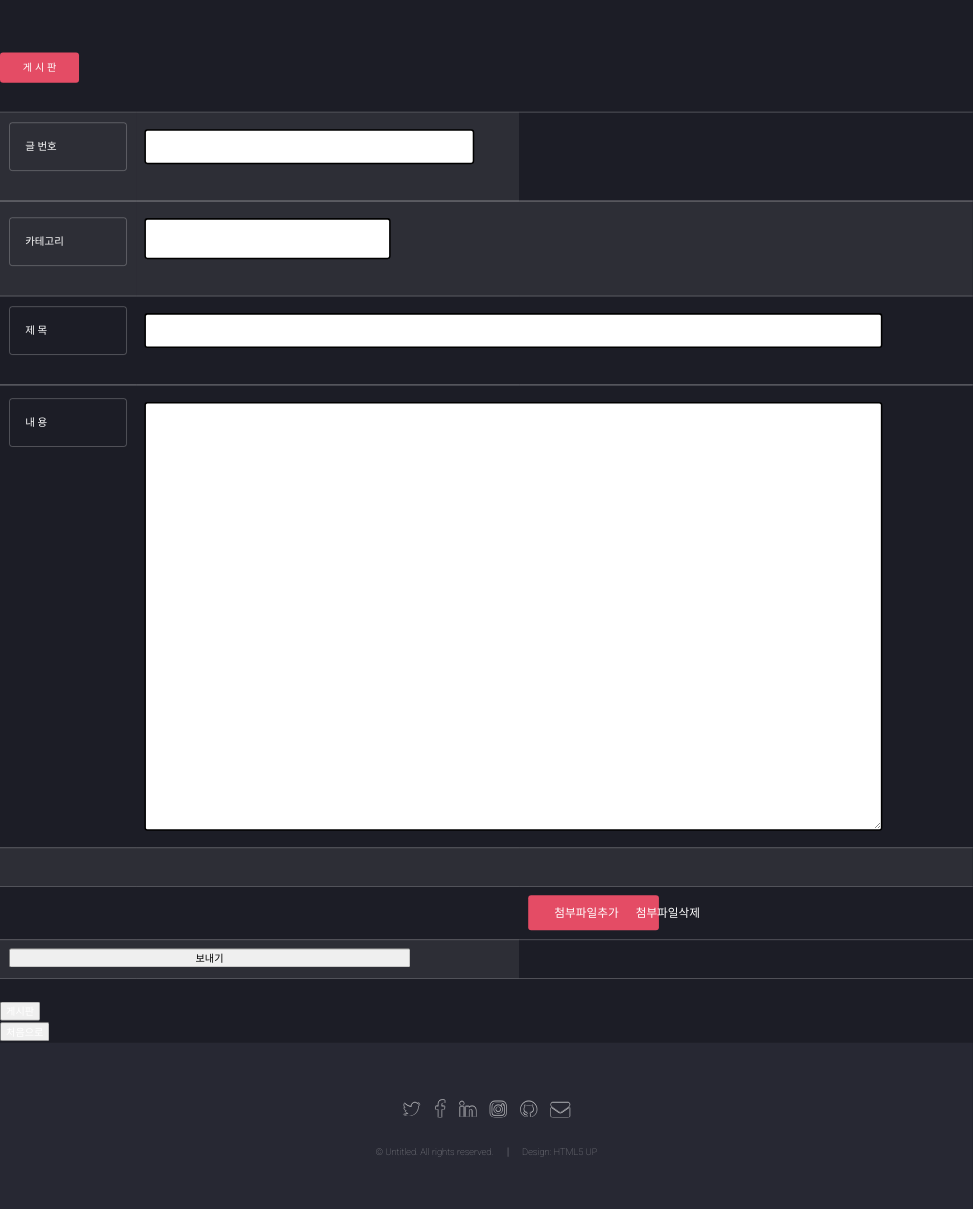
Repository: worMholEamkim/SpringEX
Page: http://localhost/bbs/bbsupdate.do
These files come from the project's save history. The page is drawn as it stood at one moment and after the next save; the edit follows.
The browser window is 1280 px wide. The pictures show the whole page, at 76% of full size.
The page is served by Tomcat 9. Other server files are loaded and not shown. Queries for data that is not in the repository find no rows.

Above is the page before, as saved 2019-03-18 05:03:16.

### JSP_WepPage_Server-master.zip_expanded/JSP_WepPage_Server-master/bbs/WebContent/WEB-INF/bbsupdate.jsp
<%@ page language="java" contentType="text/html; charset=UTF-8"
	pageEncoding="UTF-8"%>
<%@ taglib prefix="c" uri="http://java.sun.com/jsp/jstl/core"%>

<!DOCTYPE html>
<html lang="en">
<head>
<title>게시판 업로드데스</title>
<meta charset="utf-8">
		<meta charset="utf-8" />
		<meta name="viewport" content="width=device-width, initial-scale=1, user-scalable=no" />
		<link rel="stylesheet" href="assets/css/main.css" />
<style>

	box {
		display: inline;
		transition: border-color 0.2s ease-in-out;
	    background: transparent;
	    border-radius: 4px;
	    border: solid 1px rgba(255, 255, 255, 0.3);
	    color: inherit;
	    text-decoration: none;


	}

	a {
		color:white;
		text-decoration:none;
		border-bottom-color:transparent;

	}


</style>

</head>
<body class="is-preload">
	<%
		String sessionID = null;
		if (session.getAttribute("sessionID") != null) {
			sessionID = (String) session.getAttribute("sessionID");
		}
	%>
	<div class="wrapper style1">
			<button class="button primary"><a href="bbs.do">게 시 판</a></button>
		</div>
		<div align="center">
			<form method="post" action="bbsupdate.do">
				<table border=0px>
					<tr>
						<td><h5 class="box">글 번호</h5></td>
						<td colspan="2"><input name="bbsId" type="text" value="${bbsUpdate.bbsId}"  readonly
							style="width: 90%; padding: 12px 20px; margin: 10px 0px; background-color: white; box-sizing: border-box; border: 2px solid black;">
						</td>
					<tr>
					<tr>
						<td><h5 class="box">카테고리</h5></td>
						<td colspan="4">
						<select name="category"
							style="width: 30%; padding: 12px 20px; font-size: 18px; margin: 10px 0px; background-color: white; box-sizing: border-box; border: 2px solid black;">
								<c:if test="${bbsUpdate.bbsCategory == 'math'}">
									<option value="math" selected>수학</option>
								</c:if>
								<c:if test="${bbsUpdate.bbsCategory != 'math'}">
									<option value="math">수학</option>
								</c:if>
								<c:if test="${bbsUpdate.bbsCategory == 'enjoy'}">
									<option value="enjoy" selected>여행</option>
								</c:if>
								<c:if test="${bbsUpdate.bbsCategory != 'enjoy'}">
									<option value="enjoy">여행</option>
								</c:if>
								<c:if test="${bbsUpdate.bbsCategory == 'pic'}">
									<option value="pic" selected>사진</option>
								</c:if>
								<c:if test="${bbsUpdate.bbsCategory != 'pic'}">
									<option value="pic">사진</option>
								</c:if>
								<c:if test="${bbsUpdate.bbsCategory == 'java'}">
									<option value="java" selected>java</option>
								</c:if>
								<c:if test="${bbsUpdate.bbsCategory != 'java'}">
									<option value="java">java</option>
								</c:if>
								<c:if test="${bbsUpdate.bbsCategory == 'web'}">
									<option value="web" selected>웹프로그래밍</option>
								</c:if>
								<c:if test="${bbsUpdate.bbsCategory != 'web'}">
									<option value="web">웹프로그래밍</option>
								</c:if>
								<c:if test="${bbsUpdate.bbsCategory == 'estate'}">
									<option value="estate" selected>부동산</option>
								</c:if>
								<c:if test="${bbsUpdate.bbsCategory != 'estate'}">
									<option value="estate">부동산</option>
								</c:if>
								<c:if test="${bbsUpdate.bbsCategory == 'food'}">
									<option value="food" selected>음식</option>
								</c:if>
								<c:if test="${bbsUpdate.bbsCategory != 'food'}">
									<option value="food">음식</option>
								</c:if>
								<c:if test="${bbsUpdate.bbsCategory == 'common'}">
									<option value="common" selected>상식</option>
								</c:if>
								<c:if test="${bbsUpdate.bbsCategory != 'common'}">
									<option value="common">상식</option>
								</c:if>
						</select>
						</td>

					</tr>
					<tr>
						<td><h5 class="box">제 목</h5></td>
						<td colspan="4"><input name="title" type="text" value="${bbsUpdate.bbsTitle}"
							style="width: 90%; padding: 12px 20px; margin: 10px 0px; background-color: white; box-sizing: border-box; border: 2px solid black;">
						</td>
					<tr>
					<tr>
						<td><h5 class="box">내 용</h5></td>
						<td colspan="4"><textarea name="content" rows="20" cols="80"
								style="width: 90%; padding: 12px 20px; margin: 10px 0px; background-color: white; box-sizing: border-box; border: 2px solid black;">
								${bbsUpdate.bbsContent}</textarea>
						</td>
					</tr>

					<tr>
						<td colspan="5"><br>
						</td>
					<tr>

						<script type="text/javascript">
							var uf = "";
							function file_add(size, ext) {
								var filecountTemp = parseInt(document
										.getElementById("file_cnt").value);
								var parents = document
										.getElementById("file_add_form");
								var br = document.createElement("br");
								br.setAttribute("id", "br" + (filecountTemp + 1));
								parents.appendChild(br);
								if (filecountTemp == 30) {
									alert("파일업로드는 최대 30개까지 가능합니다"); //< --- 이 부분 지우면 무한대로 추가됨.
									return;
								} else {
									var obj = document.createElement("input");
									obj.setAttribute("type", "file");
									obj.setAttribute("size", size);
									obj.setAttribute("name", "bbs_file"
											+ (filecountTemp + 1));
									obj.setAttribute("id", "file"
											+ (filecountTemp + 1));
									parents.appendChild(obj);
								}
								document.getElementById("file_cnt").value = filecountTemp + 1;
							}
							function file_delete() {
								var filecountTemp = parseInt(document
										.getElementById("file_cnt").value);
								var parents = document
										.getElementById("file_add_form");
								var obj = document.getElementById('file'
										+ filecountTemp);
								var br = document.getElementById('br'
										+ filecountTemp);
								parents.removeChild(obj);

								document.getElementById("file_cnt").value = filecountTemp - 1;
							}
						</script>

						<td colspan="3"></td>

						<td colspan="2">
						<div class="button primary" style="width: 30%;">
						<input type="hidden" id="file_cnt"
							name="file_cnt" value="1" style="">
							<a href="javascript:file_add(50, 'class=input_write');"><b>첨부파일추가</b></a>&nbsp;&nbsp;&nbsp;&nbsp;&nbsp;
							<a href="javascript:file_delete();"><b>첨부파일삭제</b></a>
						</div>
						</td>
					</tr>

						<td colspan="2"><button type="submit"
								class="w3-button w3-block w3-button w3-black"
								style="width: 80%;">보내기</button>
						</td>
					</tr>
				</table>
			</form>
		</div>

		<div class="w3-panel">
			<button class="w3-button w3-block w3-button w3-indigo">
				<a href='bbs.do'>게시판</a>
			</button>
		</div>

		<div class="w3-panel">
			<button class="w3-button w3-block w3-button w3-black">
				<a href='home.do'>처음으로</a>
			</button>
		</div>
	</div>
</body>
<footer id="footer">
					<ul class="icons">
						<li><a href="#" class="icon alt fa-twitter"><span class="label">Twitter</span></a></li>
						<li><a href="#" class="icon alt fa-facebook"><span class="label">Facebook</span></a></li>
						<li><a href="#" class="icon alt fa-linkedin"><span class="label">LinkedIn</span></a></li>
						<li><a href="#" class="icon alt fa-instagram"><span class="label">Instagram</span></a></li>
						<li><a href="#" class="icon alt fa-github"><span class="label">GitHub</span></a></li>
						<li><a href="#" class="icon alt fa-envelope"><span class="label">Email</span></a></li>
					</ul>
					<ul class="copyright">
						<li>&copy; Untitled. All rights reserved.</li><li>Design: <a href="http://html5up.net">HTML5 UP</a></li>
					</ul>
				</footer>
</html>

### JSP_WepPage_Server-master.zip_expanded/JSP_WepPage_Server-master/bbs/src/com/jsp/controller/BbsUpdateController.java
package com.jsp.controller;

import java.io.IOException;

import javax.servlet.RequestDispatcher;
import javax.servlet.ServletException;
import javax.servlet.http.HttpServlet;
import javax.servlet.http.HttpServletRequest;
import javax.servlet.http.HttpServletResponse;
import javax.servlet.http.HttpSession;

import com.jsp.dao.BbsDao;
import com.jsp.dao.TransactionDao;
import com.jsp.dto.BbsDto;
import com.oreilly.servlet.MultipartRequest;
import com.oreilly.servlet.multipart.DefaultFileRenamePolicy;

public class BbsUpdateController extends HttpServlet {
	@Override
	protected void doGet(HttpServletRequest req, HttpServletResponse resp) throws ServletException, IOException {
		String bbsID = req.getParameter("id");
		BbsDao bbsDao = BbsDao.getInstance();
		BbsDto bbsDto = bbsDao.selectById(bbsID);

		req.setAttribute("bbsUpdate", bbsDto);

		RequestDispatcher rd = req.getRequestDispatcher("/WEB-INF/bbsupdate.jsp");
		rd.forward(req, resp);
	}
	@Override
	protected void doPost(HttpServletRequest req, HttpServletResponse resp) throws ServletException, IOException {

		HttpSession session = req.getSession();
		String sessionID = null;
		if (session.getAttribute("sessionID") != null) {
			sessionID = (String) session.getAttribute("sessionID");
		}

		req.setCharacterEncoding("UTF-8");
		resp.setContentType("text/html;charset=UTF-8");

		String category = req.getParameter("category");
		String title = req.getParameter("title");
		String content = req.getParameter("content");
		String bbsId = req.getParameter("bbsId");


		BbsDto bbsDto = new BbsDto();
		bbsDto.setBbsTitle(title);
		bbsDto.setBbsCategory(category);
		bbsDto.setBbsContent(content);
		bbsDto.setBbsId(bbsId);



		TransactionDao tDao = TransactionDao.getInstance();
		System.out.println("업데이트올 작동?");
		int resultTrans = tDao.updateAll(bbsDto);
		//왜애 ㅠㅠㅠ어리머람ㅇㄴ리ㅏㅓㄴㅁ아ㅣ렁ㄴㅁ
		System.out.println(bbsDto.toString());
		req.setAttribute("resultTrans", resultTrans);

		RequestDispatcher rd = req.getRequestDispatcher("bbs.do");

		rd.forward(req, resp);

	}


}

### JSP_WepPage_Server-master.zip_expanded/JSP_WepPage_Server-master/bbs/src/com/jsp/dao/BbsDao.java
package com.jsp.dao;

import java.sql.Connection;
import java.sql.DriverManager;
import java.sql.PreparedStatement;
import java.sql.ResultSet;
import java.sql.SQLException;
import java.util.ArrayList;
import java.util.List;

import com.jsp.dto.BbsDto;

public class BbsDao {

	private static BbsDao bbsDao;
	private Connection conn;
	private PreparedStatement pstmt;
	private int result;
	private ResultSet rs;
	private List<BbsDto> bbsList;


	private BbsDao() {
	}



	public static synchronized BbsDao getInstance() {
		if(bbsDao == null) {
			bbsDao = new BbsDao();
	}
		return bbsDao;
	}
	public Connection getConnect() {
		String url = "jdbc:oracle:thin:@localhost:1521:xe";
		String id = "BIG";
		String pw ="1234";
		try {
			Class.forName("core.log.jdbc.driver.OracleDriver");
			conn = DriverManager.getConnection(url, id, pw);

		} catch(ClassNotFoundException e) {
			e.printStackTrace();
		} catch(SQLException e) {
			e.printStackTrace();
		}
		return conn;
	}

	public BbsDto selectById(String id) {

		// id 확인
		//System.out.println("dao에서 id = " + id);
		BbsDto bbsDto = new BbsDto();
		//System.out.println("왜");
		conn = this.getConnect();
		//System.out.println("에러가난거야 쉬뱌ㅠㅠ");

		StringBuffer query = new StringBuffer();
		query.append("SELECT *");
		query.append(" FROM BBS");
		query.append(" WHERE BBSID=? ");

		try {
			//System.out.println("양심적으로 try문은 들어가야지?");
			pstmt = conn.prepareStatement(query.toString());
			pstmt.setString(1, id);

			//System.out.println("설마 여긴가?");
			rs = pstmt.executeQuery();
			// rs 확인
			//System.out.println("dao에서 " + rs);
			while (rs.next()) {

				bbsDto.setId(rs.getString("ID"));
				bbsDto.setBbsId(rs.getString("BBSID"));
				bbsDto.setBbsTitle(rs.getString("BBSTITLE"));
				bbsDto.setBbsDate(rs.getString("BBSDATE"));
				bbsDto.setBbsCategory(rs.getString("BBSCATEGORY"));
				bbsDto.setBbsContent(rs.getString("BBSCONTENT"));
				bbsDto.setBbsHit(rs.getString("BBSHIT"));
				//System.out.println(bbsDto.toString());
			}
		} catch (SQLException e) {

		} finally {
			this.close(conn, pstmt, null);
		}
		return bbsDto;
	}


	public BbsDto selectBeforeById(String id) {

		BbsDto bbsDto = new BbsDto();
		conn = this.getConnect();
		StringBuffer query = new StringBuffer();

		query.append("SELECT * FROM BBS WHERE BBSID IN ");
		query.append(" ((SELECT MAX(BBSID) FROM BBS ");
		query.append(" WHERE BBSID < ? ))");
		try {
			pstmt = conn.prepareStatement(query.toString());
			pstmt.setString(1, id);
			rs = pstmt.executeQuery();

			while(rs.next()) {
				bbsDto.setId(rs.getString("ID"));
				bbsDto.setBbsId(rs.getString("BBSID"));
				bbsDto.setBbsTitle(rs.getString("BBSTITLE"));
				bbsDto.setBbsDate(rs.getString("BBSDATE"));
				bbsDto.setBbsCategory(rs.getString("BBSCATEGORY"));
				bbsDto.setBbsContent(rs.getString("BBSCONTENT"));
				bbsDto.setBbsHit(rs.getString("BBSHIT"));
			}
		} catch (SQLException e) {

		} finally {
			this.close(conn, pstmt, null);
		}
		return bbsDto;
	}


	public BbsDto selectAfterById(String id) {

		BbsDto	bbsDto = new BbsDto();
		conn = this.getConnect();
		StringBuffer query = new StringBuffer();

		query.append("SELECT * FROM BBS WHERE BBSID IN ");
		query.append(" ((SELECT MIN(BBSID) FROM BBS ");
		query.append(" WHERE BBSID > ? )) ");
		try {
			pstmt = conn.prepareStatement(query.toString());
			pstmt.setString(1, id);
			rs = pstmt.executeQuery();

			while(rs.next()) {
				bbsDto.setId(rs.getString("ID"));
				bbsDto.setBbsId(rs.getString("BBSID"));
				bbsDto.setBbsTitle(rs.getString("BBSTITLE"));
				bbsDto.setBbsDate(rs.getString("BBSDATE"));
				bbsDto.setBbsCategory(rs.getString("BBSCATEGORY"));
				bbsDto.setBbsContent(rs.getString("BBSCONTENT"));
				bbsDto.setBbsHit(rs.getString("BBSHIT"));
			}
		} catch (SQLException e) {

		} finally {
			this.close(conn, pstmt, null);
		}
		return bbsDto;
	}


	public int hitUpdate(String id) {

		conn = this.getConnect();
		StringBuffer query = new StringBuffer();
		query.append("UPDATE BBS SET BBSHIT = BBSHIT +1 WHERE BBSID=?");
			try {
				pstmt = conn.prepareStatement(query.toString());
				pstmt.setString(1, id);
				result = pstmt.executeUpdate();
			} catch(SQLException e1) {
	}
			finally {
				this.close(conn, pstmt, null);
			}
			return result;
	}

	public int hitUpdate(Connection conn, String id) {

			conn = this.getConnect();
			StringBuffer query = new StringBuffer();
			query.append("UPDATE BBS SET BBSHIT = BBSHIT +1 WHERE BBSID=?");
				try {
					pstmt = conn.prepareStatement(query.toString());
					pstmt.setString(1, id);
					result = pstmt.executeUpdate();
				} catch(SQLException e1) {
		}
				finally {
					this.close(conn, pstmt, null);
				}
				return result;
		}



	public int update(BbsDto bbsDto) {

		conn = this.getConnect();
		StringBuffer query = new StringBuffer();
		query.append("UPDATE BBS SET ");
		query.append(" BBTITLE=?, BBSCATEGORY=?, BBSCONTENT=?");
		query.append(" WHERE BBSID=?");
			try {
				pstmt = conn.prepareStatement(query.toString());
				pstmt.setString(1, bbsDto.getBbsTitle());
				pstmt.setString(2, bbsDto.getBbsCategory());
				pstmt.setString(3, bbsDto.getBbsContent());
				pstmt.setString(4, bbsDto.getBbsId());

				result = pstmt.executeUpdate();
			} catch (SQLException e1) {

			} finally {
				this.close(conn, pstmt, null);
			}
			return result;
	}


	public int insert(BbsDto bbsDto) {

		conn = this.getConnect();
		StringBuffer query = new StringBuffer();
		query.append("INSERT INTO BBS(BBSID, ID, BBSTITLE, BBSDATE, BBSCATEGORY, BBSCONTENT, BBSHIT)");
		query.append(" VALUES (bbs_seq.nextval ,? ,? ,sysdate,? ,? ,0 )");

		try {
			pstmt = conn.prepareStatement(query.toString());
			pstmt.setString(1, bbsDto.getId());
			pstmt.setString(2, bbsDto.getBbsTitle());
			pstmt.setString(3, bbsDto.getBbsCategory());
			pstmt.setString(4, bbsDto.getBbsContent());

			result = pstmt.executeUpdate();

		} catch (SQLException e) {
			e.printStackTrace();
		} finally {
			this.close(conn, pstmt, null);
		}
		return result;
	}


	public int insertOracle(BbsDto bbsDto) {

		conn = this.getConnect();
		StringBuffer query = new StringBuffer();
		query.append("INSERT INTO BBS(BBSID, ID, BBSTITLE, BBSDATE, BBSCATEGORY, BBSCONTENT, BBSHIT)");
		query.append(" VALUES(BBS_SEQ.BEXTVAL, ? ,? ,NOW(), ?, ?, 0 )");

		try {
			pstmt = conn.prepareStatement(query.toString());
			pstmt.setString(1,  bbsDto.getId());
			pstmt.setString(2,  bbsDto.getBbsTitle());
			pstmt.setString(3,  bbsDto.getBbsCategory());
			pstmt.setString(4,  bbsDto.getBbsContent());

			result = pstmt.executeUpdate();
		} catch (SQLException e) {
			e.printStackTrace();
		} finally {
			this.close(conn, pstmt, null);
		}
		return result;
	}


	public List<BbsDto> selectAll(int startNum, int perpage) {
		bbsList = new ArrayList<>();
		conn = this.getConnect();
		StringBuffer query = new StringBuffer();
		query.append("SELECT T2.*");
		query.append("	FROM (SELECT ROWNUM R2, T.*");
		query.append("	FROM (SELECT BBSID, ID, substr(BBSTITLE, 1, 10) BBSTITLE, BBSDATE,");
		query.append("BBSCATEGORY, substr(BBSCONTENT, 1, 15) BBSCONTENT, BBSHIT ");
		query.append(" FROM BBS ORDER BY BBSID DESC ) T) T2 ");
		query.append("WHERE T2.R2 BETWEEN ? AND ?");

		try {
			pstmt = conn.prepareStatement(query.toString());
			pstmt.setInt(1, startNum - 1);
			pstmt.setInt(2, perpage);


			rs = pstmt.executeQuery();
			while (rs.next()) {
				BbsDto bbsDto = new BbsDto();

				bbsDto.setId(rs.getString("ID"));
				bbsDto.setBbsId(rs.getString("BBSID"));
				bbsDto.setBbsTitle(rs.getString("BBSTITLE"));
				bbsDto.setBbsDate(rs.getString("BBSDATE"));
				bbsDto.setBbsCategory(rs.getString("BBSCATEGORY"));
				bbsDto.setBbsContent(rs.getString("BBSCONTENT"));
				bbsDto.setBbsHit(rs.getString("BBSHIT"));

				bbsList.add(bbsDto);
			}
			} catch(SQLException e) {
				e.printStackTrace();
		}	return bbsList;
}


	public int delete(int id) {

		conn = this.getConnect();
		StringBuffer query = new StringBuffer();

		try {

			query.append("DELETE FROM BBS");
			query.append(" WHERE BBSID = ?");
			pstmt = conn.prepareStatement(query.toString());
			pstmt.setInt(1,  id);
			int result = pstmt.executeUpdate();

			return result;
		} catch (SQLException e) {
			e.printStackTrace();
		} finally {
			this.close(conn, pstmt, null);
		}
		return -1;
	}



	public int getTotalCount() {

		conn = this.getConnect();
		StringBuffer query = new StringBuffer();
		query.append("SELECT count(*)");
		query.append(" FROM BBS");

		try {
			pstmt = conn.prepareStatement(query.toString());
			rs = pstmt.executeQuery();

			if(rs.next()) {
				return rs.getInt("count(*)");
			}
		} catch (SQLException e) {
			e.printStackTrace();
		} finally {
			this.close(conn, pstmt, rs);
		}
		return -1;
	}


	public void close(Connection conn, PreparedStatement stmt, ResultSet rs) {
		if (rs != null) {
			try {
				rs.close();
			} catch (SQLException e) {
			}
		}
		if (stmt != null) {
			try {
				stmt.close();
			} catch (SQLException e) {
			}
		}
		if (conn != null) {
			try {
				conn.close();
			} catch (SQLException e) {
			}
		}
	}

	public static void main(String[] args) {
		BbsDao mDao = BbsDao.getInstance();
	}


}

### JSP_WepPage_Server-master.zip_expanded/JSP_WepPage_Server-master/bbs/src/com/jsp/dto/BbsDto.java
package com.jsp.dto;

public class BbsDto {

	private String id;
	private String bbsId;
	private String bbsTitle;
	private String bbsDate;
	private String bbsCategory;
	private String bbsContent;
	private String bbsHit;

	public String getId() {
		return id;
	}
	public void setId(String id) {
		this.id = id;
	}
	public String getBbsId() {
		return bbsId;
	}
	public void setBbsId(String bbsId) {
		this.bbsId = bbsId;
	}
	public String getBbsTitle() {
		return bbsTitle;
	}
	public void setBbsTitle(String bbsTitle) {
		this.bbsTitle = bbsTitle;
	}
	public String getBbsDate() {
		return bbsDate;
	}
	public void setBbsDate(String bbsDate) {
		this.bbsDate = bbsDate;
	}
	public String getBbsCategory() {
		return bbsCategory;
	}
	public void setBbsCategory(String bbsCategory) {
		this.bbsCategory = bbsCategory;
	}
	public String getBbsContent() {
		return bbsContent;
	}
	public void setBbsContent(String bbsContent) {
		this.bbsContent = bbsContent;
	}
	public String getBbsHit() {
		return bbsHit;
	}
	public void setBbsHit(String bbsHit) {
		this.bbsHit = bbsHit;
	}
	@Override
	public String toString() {
		return "BbsDto [id=" + id + ", bbsId=" + bbsId + ", bbsTitle=" + bbsTitle + ", bbsDate=" + bbsDate
				+ ", bbsCategory=" + bbsCategory + ", bbsContent=" + bbsContent + ", bbsHit=" + bbsHit + "]";
	}

}

Loaded but not shown: JSP_WepPage_Server-master.zip_expanded/JSP_WepPage_Server-master/bbs/WebContent/assets/css/font-awesome.min.css (library); JSP_WepPage_Server-master.zip_expanded/JSP_WepPage_Server-master/bbs/WebContent/assets/css/main.css (4070 lines, source omitted)

After the next save:
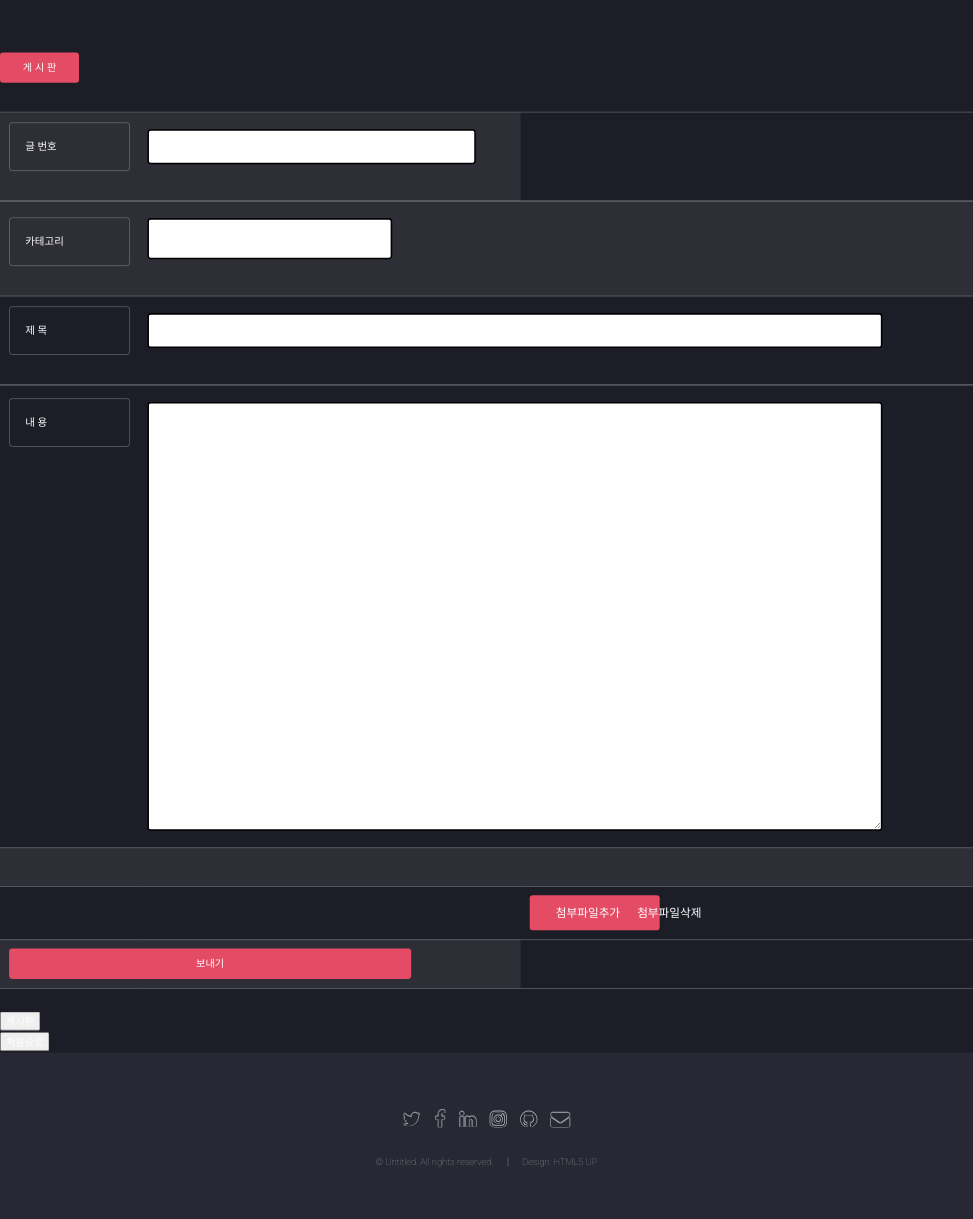
Saved 13 s later.
--- a/JSP_WepPage_Server-master.zip_expanded/JSP_WepPage_Server-master/bbs/WebContent/WEB-INF/bbsupdate.jsp
+++ b/JSP_WepPage_Server-master.zip_expanded/JSP_WepPage_Server-master/bbs/WebContent/WEB-INF/bbsupdate.jsp
@@ -183,7 +183,7 @@
 					</tr>
 
 						<td colspan="2"><button type="submit"
-								class="w3-button w3-block w3-button w3-black"
+								class="button primary"
 								style="width: 80%;">보내기</button>
 						</td>
 					</tr>
